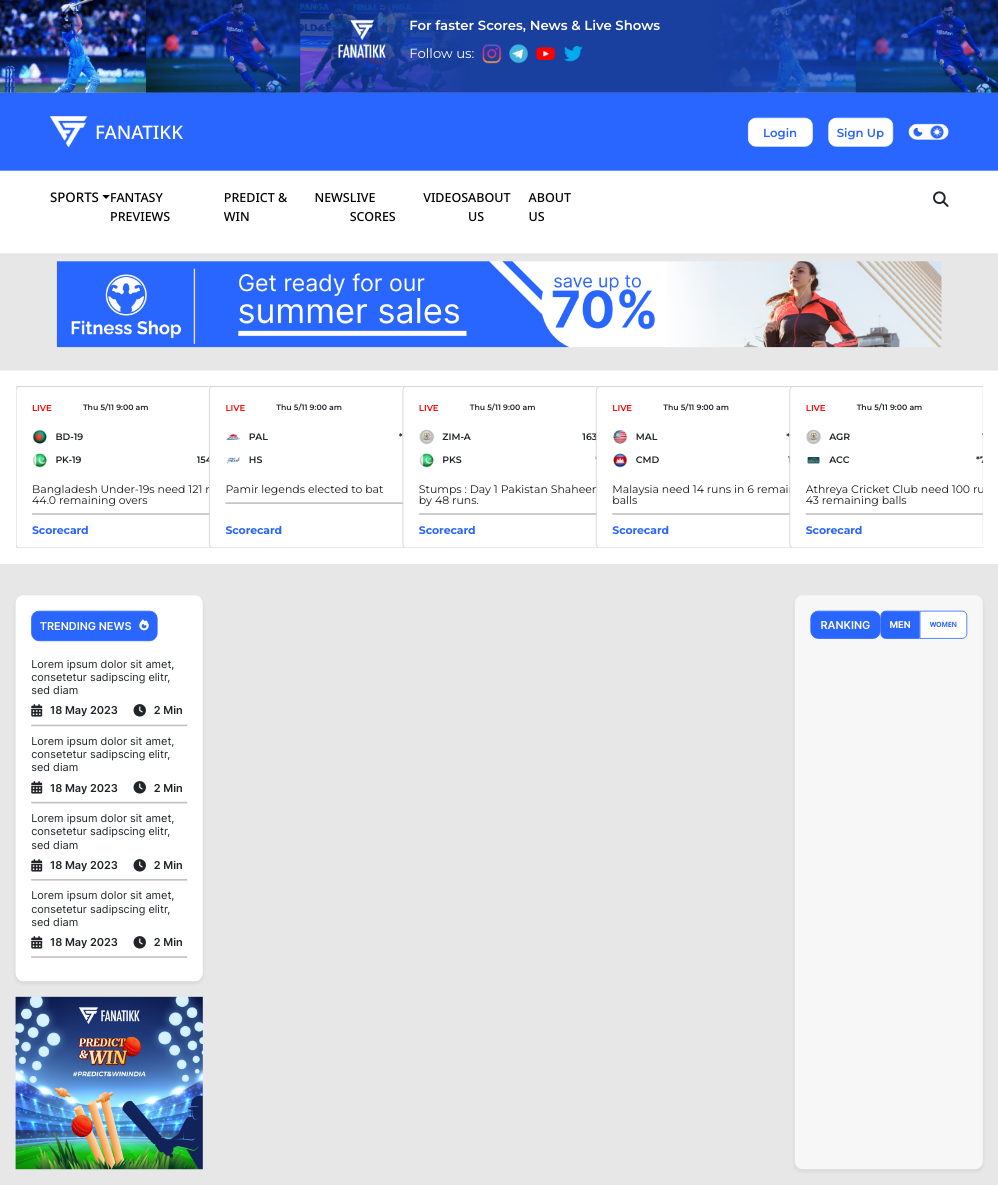
Repository: FlyweisReact/Kannapa
Page: /
The author's editor kept a copy of each file at every save. The page is drawn from the files as they stood at one save, then again after the next save.
The browser window is 1280 px wide. The pictures show the whole page, at 78% of full size.
Some web libraries are served in a nearby version. The project was rebuilt for these pictures with package versions that can differ from the ones it lists, and the page was loaded fresh each time. Also part of the build but not shown: src/Components/Layout/Footer.js, src/Components/Sliders/Index-video-Slider.js, src/Components/firstScreen.jsx, src/Components/secondScreen.jsx, src/Components/thirdScreen.jsx, src/Components/fourthScreen.jsx, src/CSS/Footer.css.

Above is the page before, as saved 2023-06-03 16:04:33.

### public/index.html
<!DOCTYPE html>
<html lang="en">
  <head>
    <meta charset="utf-8" />
    <link rel="icon" href="%PUBLIC_URL%/favicon.ico" />
    <meta name="viewport" content="width=device-width, initial-scale=1" />
    <meta name="theme-color" content="#000000" />
    <meta
      name="description"
      content="Web site created using create-react-app"
    />
    <link rel="apple-touch-icon" href="%PUBLIC_URL%/logo192.png" />

    <link rel="manifest" href="%PUBLIC_URL%/manifest.json" />
    <link href="https://fonts.googleapis.com/css2?family=Roboto+Mono:ital,wght@1,300&display=swap" rel="stylesheet">
    <title>React App</title>
  </head>
  <body>
    <noscript>You need to enable JavaScript to run this app.</noscript>
    <div id="root"></div>
    <script src="https://code.jquery.com/jquery-3.6.0.min.js"></script>
    <script src="https://kit.fontawesome.com/b533b351e4.js" crossorigin="anonymous"></script>
  </body>
</html>

### src/CSS/Navbar.css
/**
 * === navbar styling ====
 *
 * @format
 */
.Stick-navbar{
    height: 100%;
    transition: box-shadow 0.3s ease;
    height: 100px;
}
.Navbar {
  display: flex;
  justify-content: space-between;
  background: #2965ff;
  padding: 20px;
  width: 100%;
  gap: 20px;
  position: fixed !important;
  top: 0;
  z-index: 999;
  transition: box-shadow 0.3s ease;
  align-items: center;
}

.Navbar .Left_Container {
  width: 30%;
}
.Navbar .Left_Container .Logo_Div {
  display: flex;
  gap: 10px;
  justify-content: center;
  align-items: center;
}
.Navbar .Left_Container .Logo_Div p {
  color: #fff;
  font-size: var(--mediumFont);
  margin: 0;
}
.Navbar .Left_Container .Logo_Div img {
  width: 47.73px;
  height: 40px;
}

.Navbar .Right_Container {
  width: 70%;
  display: flex;
  justify-content: center;
  gap: 40px;
}
.Navbar .Right_Container .Item {
  display: flex;
  justify-content: baseline;
}

.Navbar .Right_Container .Item p {
  font-size: 16px;
  cursor: pointer;
  color: #ffffff;
  padding-top: 2px;
}

.Navbar .Right_Container .Item .DropDown {
  border: none;
  color: #fff;
  font-size: 17px;
  cursor: pointer;
  color: #ffffff;
  margin: 0;
  padding: 0;
}
.Navbar .Right_Container .Item .fa-magnifying-glass {
  color: #fff;
  font-size: 18px;
  cursor: pointer;
  padding-top: 7px;
}
.Navbar .Right_Container .Item .Toggle{
  width: 51.43px;
  height: 19.03px;
  display: flex;
  justify-content: space-between;
  align-items: center;
  padding-left: 5px;
  padding-right: 5px;
  border-radius: 10px;
  background-color: #fff;
  border: 1px solid #fff;
  cursor: pointer;
  align-items: center;
  margin-top: 8px;
}


/* Header 2 */
.Header1 {
  background-image: url("../../public/Images/22.png");
  color: #ffffff;
  width: 100%;
  background-repeat: no-repeat;
  background-size: cover;
  height: 119px;
  padding: 20px;
}
.Header1 .Main {
  display: flex;
  align-items: center;
  justify-content: center;
  gap: 30px;
}
.Header1 .Main p {
  margin: 0;
}
.Header1 .Main .Head {
  font-family: MontserratNormal;
  font-weight: 600;
  font-size: 17px;
  color: #ffffff;
}

.Header1 .Main .Two {
  display: flex;
  gap: 10px;
  margin-top: 10px;
  align-items: center;
}
.Header1 .Main .Two p {
  font-family: MontserratNormal;
  font-style: normal;
  font-weight: 400;
  font-size: 17px;
  line-height: 17px;
  color: #ffffff;
}
.Header1 .Main .Social {
  display: flex;
  gap: 10px;
  align-items: center;
}

/* Fading Navbar */

.Fading_Nav {
  display: flex;
  justify-content: space-between;
  background: #2965ff;
  padding: 30px;
  width: 100%;
  gap: 20px;
  align-items: center;
  padding-left: 5%;
  padding-right: 5%;
}

.Fading_Nav .Left_Container {
  width: 30%;
}
.Fading_Nav .Left_Container .Logo_Div {
  display: flex;
  gap: 10px;
  justify-content: flex-start;
  align-items: center;
}
.Fading_Nav .Left_Container .Logo_Div p {
  color: #fff;
  font-size: var(--mediumFont);
  margin: 0;
}
.Fading_Nav .Left_Container .Logo_Div img {
  width: 47.73px;
  height: 40px;
}

.Fading_Nav .Right_Container {
  width: 70%;
  display: flex;
  justify-content: flex-end;
  gap: 20px;
  align-items: center;
}
.Fading_Nav .Right_Container button {
  font-family: MontserratNormal;
  font-style: normal;
  font-weight: 600;
  width: 83px;
  height: 37px;
  border-radius: 10px;
  font-size: 15px;
  line-height: 19px;
  color: #2965ff;
  background-color: #fff;
  border: 1px solid #fff;
  cursor: pointer;
}
.Fading_Nav .Right_Container .Toggle {
  width: 51.43px;
  height: 19.03px;
  display: flex;
  justify-content: space-between;
  align-items: center;
  padding-left: 5px;
  padding-right: 5px;
}


/* Fading Category */
.Fading_Category{
    display: flex;
    justify-content: space-between;
    padding: 20px;
    background-color: #fff;
    padding-left: 5%;
    padding-right: 5%;
}
.Fading_Category .Left_Container {
    display: flex;
    justify-content: space-between;
    width: 60%;
}

.Fading_Category .Left_Container .Item {
    display: flex;
    justify-content: baseline;
  }

  .Fading_Category .Left_Container .Item p {
    font-size: 16px;
    cursor: pointer;
    color: #000;
    padding-top: 2px;
  }

  .Fading_Category .Left_Container .Item .DropDown {
    border: none;
    font-size: 17px;
    cursor: pointer;
    color: #000;
    margin: 0;
    padding: 0;
    border: none;
  }

.Fading_Category .Right_Container i{
    font-size: 20px;
    padding-top: 7px;
}


/* Fading Effect */
.HomePage{
    min-height: 200vh;
}
.fade-out{
    opacity: 0;
    transition: opacity 0.5s;
    height: 0;
    overflow: hidden;
}
.fade-in{
    opacity: 1;
    transition: opacity 0.5s;
    height: auto;
    overflow: hidden;
    width: 100%;
}

### src/CSS/Component.css
/** @format */

/* Fading Header */

/* Home Screen */
.Index_Center_Banner {
  width: 100%;
  padding: 10px;
}

.Index_Center_Banner img {
  width: 90%;
  display: block;
  margin: auto;
}

.Index_Center_GIF {
  width: 100%;
  padding: 10px;
}

.Index_Center_GIF img {
  width: 90%;
  display: block;
  margin: auto;
  height: 500px;
}

.Index_Center_Desc {
  display: flex;
  width: 90%;
  padding: 10px;
  margin: auto;
}

.Index_Center_Desc .Main_Comp {
  text-align: left;
}
.Index_Center_Desc .Main_Comp .head {
  font-size: 36px;
  color: #1d1d1d;
  text-shadow: 0px 1px 1px rgba(37, 37, 37, 0.5);
  margin: 0;
}

.Index_Center_Desc .Main_Comp .Two_Sec {
  display: flex;
  gap: 10px;
  align-items: flex-start;
}
.Index_Center_Desc .Main_Comp .Two_Sec img {
  height: 20px;
  margin-top: 4px;
}

.Index_Center_Desc .Main_Comp .Two_Sec p {
  color: rgba(29, 29, 29, 0.6);
  text-shadow: 0px 1px 1px rgba(37, 37, 37, 0.5);
  font-style: italic;
}

.Index_Center_Desc .Main_Comp .desc p {
  font-size: 16px;
  line-height: 24px;
  align-items: center;
  color: rgba(29, 29, 29, 0.6);
  max-width: 60%;
  font-style: italic;
  margin: 0;
}
.first5 p u {
  color: #333;
}

.Index_Logo_Div {
  display: flex;
  justify-content: space-between;
  align-items: center;
  width: 90%;
  margin: auto;
  padding-top: 10px;
  padding-bottom: 10px;
}
.Index_Logo_Div .Left_Comp {
  display: flex;
  gap: 10px;
  align-items: center;
}
.Index_Logo_Div .Right_Comp img {
  cursor: pointer;
}

.Index_Video_Slider {
  width: 90%;
  display: block;
  margin: auto;
  padding-top: 10px;
  padding-bottom: 10px;
}

.Video_Slider {
  width: 100%;
  /* padding: 20px; */
  display: block;
  margin: auto;
}
.Video_Slider .Main_Item {
  background: #ffffff;
  border: 1px solid #1d1d1d;
  border-radius: 10px;
  height: 400px;
}
.Video_Slider .Main_Item img {
  width: 100%;
  border-radius: 10px 10px 0px 0px;
}
.Video_Slider .Main_Item p {
  padding: 10px;
  font-family: Montserrat;
  font-size: 15px;
  line-height: 18px;
  color: #1d1d1d;
}
.Video_Slider .Main_Item:focus {
  outline: none;
}

.Index_Center_Button {
  width: 90%;
  display: block;
  margin: auto;
  padding-top: 10px;
  padding-bottom: 10px;
  margin-top: 2%;
  position: relative;
}
.Index_Center_Button button {
  font-family: Montserrat;
  font-size: 16px;
  line-height: 20px;
  text-transform: uppercase;
  width: 256px;
  color: #ffffff;
  background: #2965ff;
  border: 1px solid #2965ff;
  border-radius: 25px;
  padding: 10px;
  display: block;
  margin: auto;
}

.Index_Center_Button .empty {
  height: 4px !important;
  position: absolute;
  top: 50%;
  left: 50%;
  transform: translate(-50%, -50%);
  z-index: -1;
  background-color: #2965ff;
  width: 100%;
}

.Index_Three_Cont {
  width: 90%;
  display: grid;
  grid-template-columns: auto auto auto;
  gap: 20px;
  margin: auto;
  padding-top: 20px;
}
.Index_Three_Cont .Main_Component .head {
  font-family: Montserrat;
  font-style: normal;
  font-weight: 700;
  font-size: 22.3418px;
  line-height: 30px;
  color: #1d1d1d;
}
.Index_Three_Cont .Main_Component img {
  width: 100%;
}
.Index_Three_Cont .Main_Component .desc {
  font-family: Montserrat;
  font-style: normal;
  font-weight: 300;
  font-size: 15.9584px;
  line-height: 40px;
}

/* Score_Card_Slider */
.ScoreCard_Slider {
  background-color: #ffffff;
  padding: 20px;
  margin-top: 20px;
  margin-bottom: 20px;
}
.ScoreCard_Slider .Main_Item {
  border: 1px solid #cfcfcf;
  background-color: #fff;
  border-radius: 5px;
  padding: 20px;
  width: 350px !important;
  height: 208px !important;
  position: relative;
}
.ScoreCard_Slider .Main_Item .two_Sec {
  display: flex;
  gap: 40px;
  align-items: center;
  margin-bottom: 20px;
}
.ScoreCard_Slider .Main_Item .two_Sec p {
  margin: 0;
  font-family: MontserratNormal;
  font-style: normal;
  font-weight: 600;
  font-size: 10px;
  line-height: 14px;
}
.ScoreCard_Slider .Main_Item .two_Sec .first {
  margin: 0;
  font-family: MontserratNormal;
  font-style: normal;
  font-weight: 600;
  font-size: 11px;
  line-height: 14px;
  color: #ff0000;
}
.ScoreCard_Slider .slick-next:before {
  display: none !important;
}

.ScoreCard_Slider .Main_Item .Flags_Div {
  display: flex;
  justify-content: space-between;
  align-items: center;
  gap: 10px;
  margin-top: 10px;
}

.ScoreCard_Slider .Main_Item .Flags_Div div {
  display: flex;
  gap: 10px;
  align-items: center;
}
.ScoreCard_Slider .Main_Item .Flags_Div div p {
  margin: 0;
  font-family: MontserratNormal;
  font-style: normal;
  font-weight: 600;
  font-size: 12px;
  line-height: 17px;
}
.ScoreCard_Slider .Main_Item .desc {
  color: #1d1d1d;
  font-family: MontserratNormal;
  font-style: normal;
  font-weight: 400;
  font-size: 14px;
  line-height: 14px;
  width: 90%;
  margin: 0;
  margin-top: 20px;
}
.ScoreCard_Slider .Main_Item .empty {
  background-color: #bfbfbf;
  width: 100%;
  height: 2px;
  margin-top: 10px;
}
.ScoreCard_Slider .Main_Item .Scorecard {
  font-family: MontserratNormal;
  font-style: normal;
  font-weight: 700;
  font-size: 14px;
  line-height: 14px;
  position: absolute;
  letter-spacing: -0.11px;
  color: #2965ff;
  bottom: 0;
}

/* Index_Three_Sec_Layout */
.Index_Three_Sec_Layout {
  width: 100%;
  padding: 20px;
  display: flex;
  gap: 20px;
}
.Index_Three_Sec_Layout .left_Comp {
  width: 20%;
}
.Index_Three_Sec_Layout .Mid_Comp {
  width: 60%;
}
.Index_Three_Sec_Layout .Right_Comp {
  width: 20%;
}

.Index_Three_Sec_Layout .left_Comp .Trading_News {
  background-color: #fff;
  padding: 20px;
  box-shadow: 0px 3px 6px rgba(0, 0, 0, 0.08);
  border-radius: 10px;
}
.Index_Three_Sec_Layout .left_Comp .Trading_News button {
  background-color: #2965ff;
  color: #fff;
  border: 1px solid #2965ff;
  text-transform: uppercase;
  border-radius: 10px;
  font-style: normal;
  font-weight: 600;
  font-size: 14px;
  line-height: 17px;
  font-family: Inter;
  padding: 10px;
  display: flex;
  gap: 10px;
  align-items: center;
  margin-bottom: 20px;
}

.Index_Three_Sec_Layout .left_Comp .Trading_News .desc {
  margin-top: 10px;
}
.Index_Three_Sec_Layout .left_Comp .Trading_News .desc .head {
  font-family: Inter;
  font-style: normal;
  font-weight: 400;
  font-size: 14px;
  line-height: 17px;
  margin: 0;
}

.Index_Three_Sec_Layout .left_Comp .Trading_News .desc .two_sec {
  display: flex;
  align-items: center;
  gap: 20px;
  margin-top: 10px;
}
.Index_Three_Sec_Layout .left_Comp .Trading_News .desc .two_sec div {
  display: flex;
  align-items: center;
  gap: 10px;
}
.Index_Three_Sec_Layout .left_Comp .Trading_News .desc .two_sec div p {
  margin: 0;
  font-family: Inter;
  font-style: normal;
  font-weight: 600;
  font-size: 14px;
  line-height: 8px;
}
.Index_Three_Sec_Layout .left_Comp .Trading_News .desc .empty {
  width: 100%;
  height: 2px;
  background-color: #bfbfbf;
  margin-top: 10px;
  margin-bottom: 10px;
}
.Index_Three_Sec_Layout .left_Comp .BigImage {
  width: 100%;
  padding-top: 20px;
}
.Index_Three_Sec_Layout .left_Comp .BigImage img {
  width: 100%;
  display: block;
  margin: auto;
}

.Index_Three_Sec_Layout .Right_Comp {
  background: #f7f7f7;
  box-shadow: 0px 3px 6px rgba(0, 0, 0, 0.08);
  border-radius: 10px;
  padding: 20px;
}

.Index_Three_Sec_Layout .Right_Comp .Main_Item .Three_Sec {
  display: flex;
  justify-content: space-between;
}
.Index_Three_Sec_Layout .Right_Comp .Main_Item .Three_Sec .First_Btn {
  background: #2965ff;
  border-radius: 10px;
  font-family: Inter;
  font-style: normal;
  font-weight: 600;
  font-size: 14px;
  line-height: 17px;
  text-transform: uppercase;
  border: 1px solid #2965ff;
  color: #ffffff;
  width: 89.88px;
  height: 36px;
}

.Index_Three_Sec_Layout .Right_Comp .Main_Item .Three_Sec div {
  display: flex;
}
.Index_Three_Sec_Layout .Right_Comp .Main_Item .Three_Sec div .First {
  padding: 10px;
  border: 1px solid #2965ff;
  border-radius: 6.22229px 0px 0px 6.22229px;
  background: #2965ff;
  font-family: Inter;
  font-style: normal;
  font-weight: 700;
  font-size: 12px;
  line-height: 12px;
  color: #fff;
  text-align: center;
  text-transform: uppercase;
}
.Index_Three_Sec_Layout .Right_Comp .Main_Item .Three_Sec div button {
  padding: 10px;
  border: 1px solid #2965ff;
  color: #2965ff;
  background: #FFFFFF;
border: 0.622229px solid #2965FF;
border-radius: 0px 6.22229px 6.22229px 0px;
  padding: 7.46674px 12.4446px 8.08897px;
  font-family: 'Noto Sans';
font-style: normal;
font-weight: 700;
font-size: 8.7112px;
line-height: 12px;
text-transform: uppercase;
}

Loaded but not shown: src/App.css (common file); src/Components/Sliders/ScoreCard.js (443 lines, source omitted); src/Pages/HomeScreen.js (152 lines, source omitted); src/Components/Layout/Navbar.js (71 lines, source omitted); src/Components/Layout/FadingNav/FadingCategory.js (57 lines, source omitted); src/App.js (32 lines, source omitted); src/Components/Layout/FadingNav/FadingNav.js (27 lines, source omitted); src/Components/Layout/FadingNav/Header1.js (32 lines, source omitted); src/index.js (17 lines, source omitted); src/index.css (634 lines, source omitted)

After the next save:
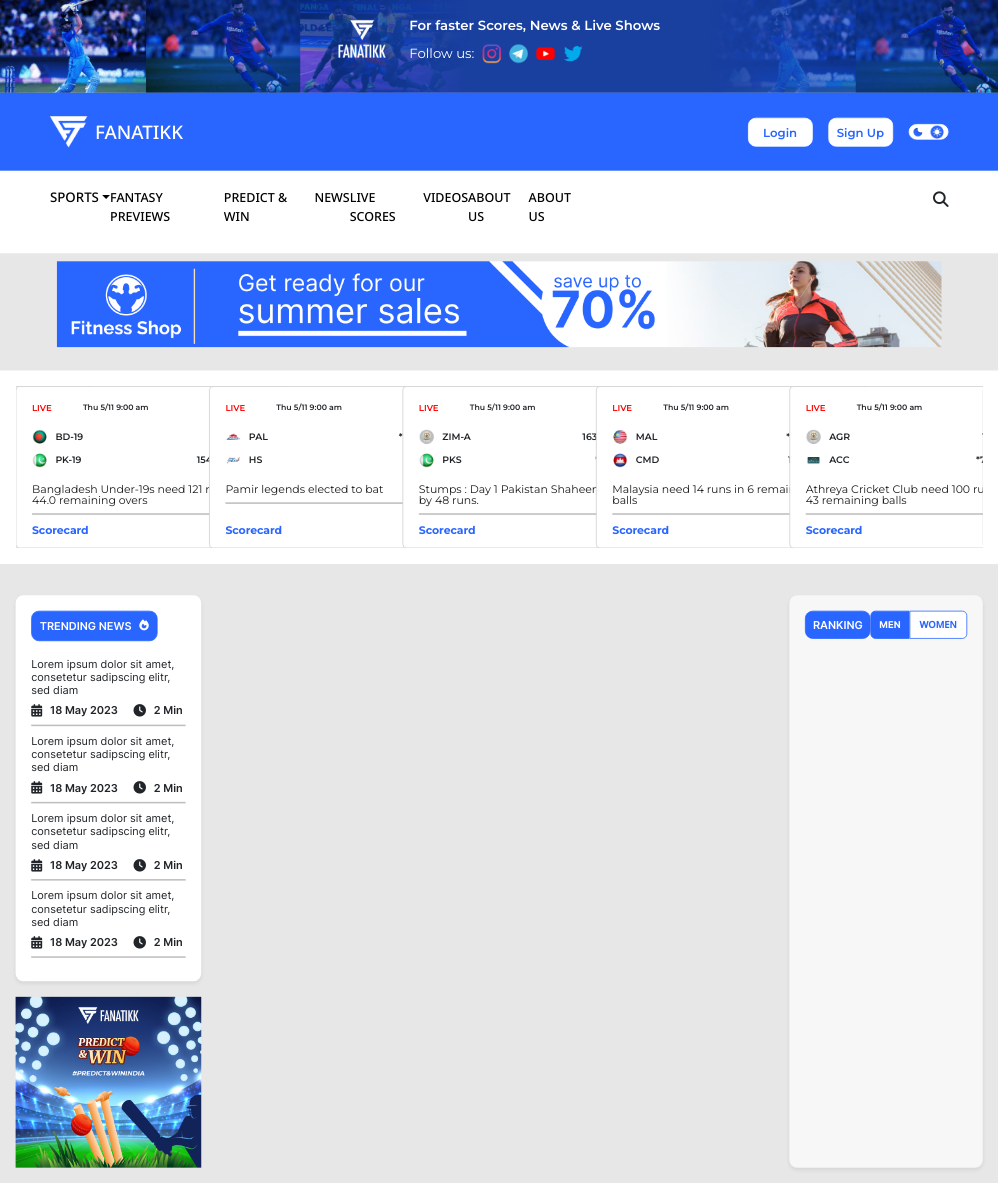
Saved 4 s later.
--- a/src/CSS/Component.css
+++ b/src/CSS/Component.css
@@ -423,7 +423,7 @@ border-radius: 0px 6.22229px 6.22229px 0px;
   font-family: 'Noto Sans';
 font-style: normal;
 font-weight: 700;
-font-size: 8.7112px;
+font-size: 12px;
 line-height: 12px;
 text-transform: uppercase;
 }
